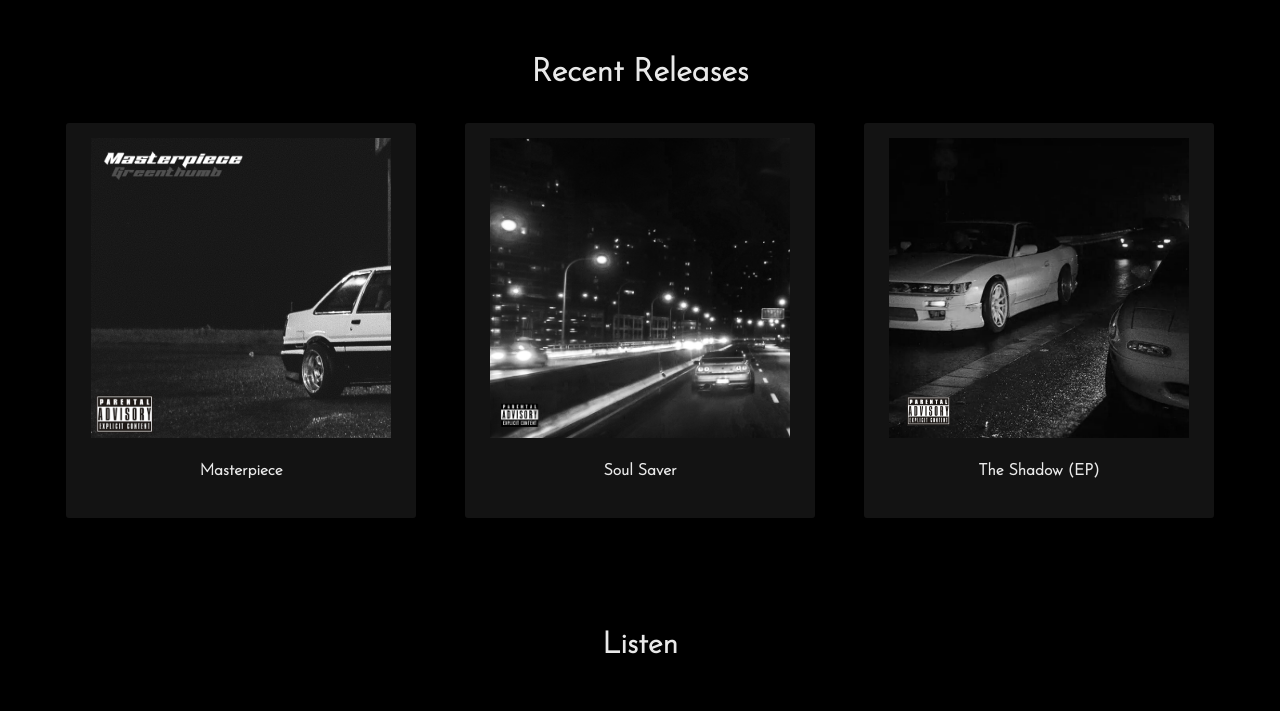
Repository: shayanabedi98/Greenthumb
Page: index.html
The author's editor kept a copy of each file at every save. The page is drawn from the files as they stood at one save, then again after the next save.
The browser window is 1280 px wide. The pictures show the part of the page from y = 734 to 1445 px (the page is 1445 px tall).

Above is the page before, as saved 2023-08-15 14:09:57.

### index.html
<!DOCTYPE html>
<html lang="en">
<head>
    <meta charset="UTF-8">
    <meta name="viewport" content="width=device-width, initial-scale=1.0">
    <title>Greenthumb Home</title>
    <link rel="stylesheet" href="styles.css">
    <link rel="preconnect" href="https://fonts.googleapis.com">
    <link rel="preconnect" href="https://fonts.gstatic.com" crossorigin>
    <link href="https://fonts.googleapis.com/css2?family=Josefin+Sans:wght@300&display=swap" rel="stylesheet">
</head>
<body>
    <div class="header">
        <header>
            <nav>
                <img src="resources/logo.png" alt="Greenthumb Logo">
                <a href="">Home</a>
                <a href="">About</a>
                <a href="">Contact</a>
            </nav>
        </header>
    </div>
    <div class="banner">
        <video autoplay playsinline muted loop src="resources/Japanese Street Drifting ! Tokyo Auto Salon 2019 Afterparty !.mp4"></video>
        <div class="banner-content">
            <h1>Rapper/Producer</h1>
            <h2>From the depths of his creative abyss, he conjures grimey beats that pulse like the heartbeat of a shadowy cosmos, inviting listeners to explore the raw and unfiltered underbelly of Hip Hop.</h2>
        </div>
    </div>
    <div class="container">
        <h3>Recent Releases</h3>
        <div class="card">
            <img src="/resources/master.jpg" alt="cover of song, Masterpiece">
            <h4>Masterpiece</h4>
        </div>
        <div class="card">
            <img src="resources/soul.png" alt="cover of song, Soul Saver">
            <h4>Soul Saver</h4>
        </div>
        <div class="card">
            <img src="resources/theshadow.png" alt="cover of EP, The Shadow">
            <h4>The Shadow (EP)</h4>
        </div>
    </div>
    <div class="listen">
        <h5>Listen</h5>
    </div>
</body>
</html>

### styles.css
body {
    margin: 0;
    padding: 0;
    background-color: black;
    color: rgb(233, 233, 233);
    font-family: 'Josefin Sans', sans-serif;
}

nav a {
    text-decoration: none;
}

nav a:visited {
    text-decoration: none;
    color: rgb(233, 233, 233);
}

.banner {
    text-align: center;
    width: 100%;
    height: 600px;
}

.banner video {
    object-fit: cover;
    object-position: 50% 100%;
    height: 600px;
    width: 100%;
    opacity: 80%;
}

.banner-content {
    transform: translateY(-410px);
    width: 70%;
    margin: auto;
}

.banner-content h1 {
    font-size: 46px;
    opacity: 90%;
}

.banner-content h2 {
    font-size: 30px;
    opacity: 90%;
}

.container {
    text-align: center;
    background-color: rgb(0, 0, 0);
    padding: 25px 0 60px 0;
}

.card {
    text-align: center;
    display: inline-block;
    background-color: rgb(19, 19, 19);
    border-radius: 5px;
    width: 350px;
    padding-top: 15px;
    height: 380px;
    margin: 0 20px;
    border: 2px solid black;
    box-shadow: 0 0 3px 0 black;
}

.container h3 {
    font-size: 32px;
}

.card img {
    height: 300px;
    width: 300px;
}

.card:hover {
    border: 2px solid rgb(85, 85, 85);
    transition: ease-in-out 0.6s;
}

.card:not(:hover) {
    transition: ease-in-out 0.3s;
}

.listen {
    text-align: center;
}

.listen h5 {
    font-size: 30px;
}

After the next save:
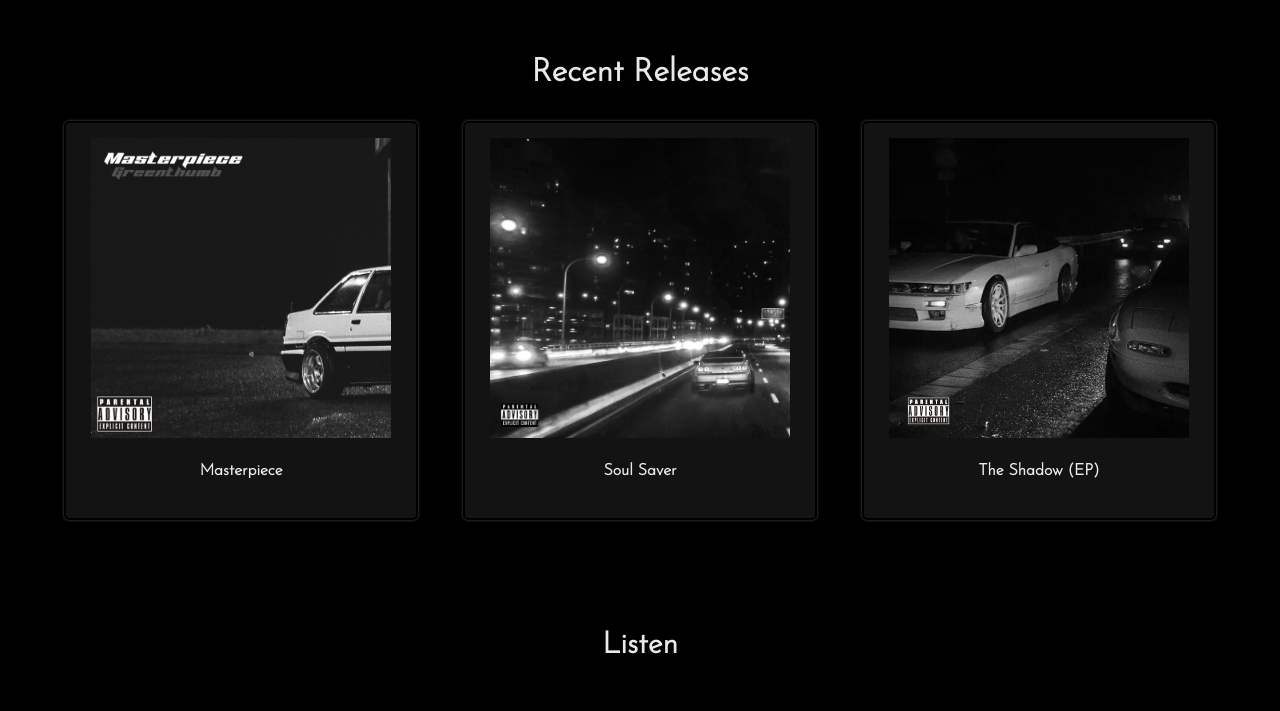
Saved 25 s later.
--- a/styles.css
+++ b/styles.css
@@ -61,7 +61,7 @@
     height: 380px;
     margin: 0 20px;
     border: 2px solid black;
-    box-shadow: 0 0 3px 0 black;
+    box-shadow: 0 0 3px 0 rgb(82, 82, 82);
 }
 
 .container h3 {
